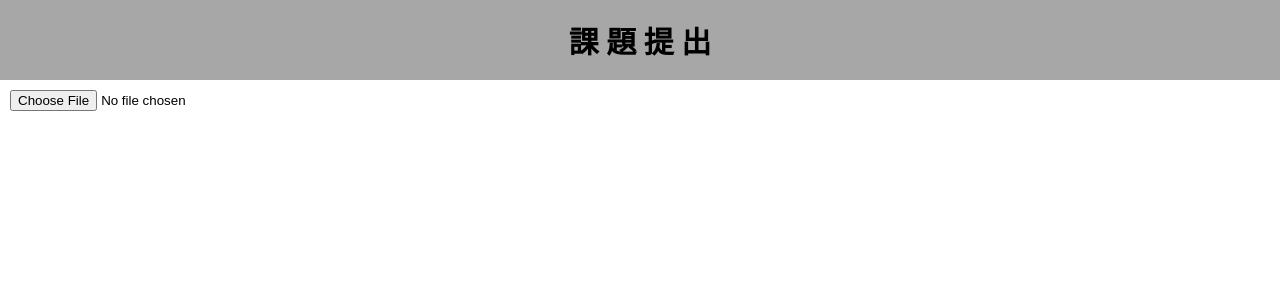
Repository: k-murakami18/canvas_v2
Page: submission.html
These files come from the project's save history. The page is drawn as it stood at one moment and after the next save; the edit follows.
The browser window is 1280 px wide. The pictures show the whole page.

Above is the page before, as saved 2021-01-12 14:00:02.

### submission.html
<!DOCTYPE html>
<html lang="en">

<head>
  <meta charset="UTF-8">
  <title>添削支援システム</title>
  <link rel="stylesheet" href="css/jquery-ui-1.8.16.custom.css" />
  <link rel="stylesheet" href="./style.css">
  <link rel="stylesheet" href="https://cdn.jsdelivr.net/npm/simplebar@latest/dist/simplebar.css">
  <script src="//cdnjs.cloudflare.com/ajax/libs/jspdf/1.3.3/jspdf.min.js"></script>
  <script src="js/jquery.1.6.4.min.js"></script>
  <script src="js/jquery-ui-1.8.16.custom.min.js"></script>
  <script type="text/javascript" src="./dist/fabric.js"></script>
  <script type="text/javascript" src="./dist/fabric.min.js"></script>
</head>

<body>
  <!--タイトルとファイル選択-->
  <div class="subtitle_container">
    <h1 id="title">課 題 提 出</h1>
  </div>

  <input type="file" id="file" accept="image/png, image/jpeg" onChange="imgPreView(event)" required>

  <div id="preview"></div>

  <script src="./submission.js"></script>
</body>

</html>

### style.css
body{
  margin:0;
}

/*タイトルコンテナ*/
.title_container{
  width: 100%;
  height: 150px;
  font-size: 20px;
  display: flex;
  background-color: #A7A7A7;
  justify-content: center; /*左右中央*/
  align-items: center; /*上下中央*/
  margin-bottom: 100px;
  margin-left: 0;
  margin-right: 0;
}

.subtitle_container{
  width: 100%;
  height: 80px;
  font-size: 15px;
  display: flex;
  background-color: #A7A7A7;
  justify-content: center; /*左右中央*/
  align-items: center; /*上下中央*/
  margin-left: 0;
  margin-right: 0;
}

/*ボタンコンテナ*/
.button_container{
  width: 50px;
  height: 602px;
  background-color: #DADADA;
  margin-bottom: 5px;
  margin-right: 5px;
}

/*各ボタンの設定*/
.btn-box,.btn_box{
  display: inline-block;
  widows: 25px;
  height: 25px;
  border: 1px black solid;
  padding: 2px;
  border-radius: 5px;
}
.btn_box_black{
  display: inline-block;
  widows: 25px;
  height: 25px;
  border: 1px white solid;
  padding: 2px;
  border-radius: 5px;
}
.select{
  margin-top: 10px;
  margin-left: 9px;
}
.aaa{
  margin-top: 0px;
  margin-left: 9px;
}
.margin{
  margin-top: 10px;
  margin-left: 9px;
}

/*ボタン枠線削除*/
input:focus {
	outline:0;
}

/*キャンバス*/
canvas {
	position: relative;
	border:1px solid #000;
}

/*保存履歴コンテナ*/
.history_container{
  height: 600px;
  width: 330px;
  background-color: whitesmoke;
  border: 1px solid black;
  margin-left: 10px;
}

/*保存履歴タイトル*/
#title_tmpList{
  margin-top: 2px;
  margin-left: 10px;
  margin-bottom: 2px;
  font-weight: bolder;
  text-align: center;
}
.subtitle_tmpList{
  margin-top: 3px;
  margin-bottom: 3px;
  font-weight: bolder;
  font-size: 13px;
  text-align: center;
}

/*「保存履歴」の下線*/
.hr{
  border-bottom: 1px solid black;
  width: 93%;
  margin-left: auto;
  margin-right: auto;
}
/*「ブックマーク」「添削保存」の下線*/
.hr2{
  border-bottom: 1px solid black;
  width: 83%;
  margin-left: auto;
  margin-right: auto;
}

#bookmark_viewpanel{
  height: 539px;
  width: 100px;
  background-color: whitesmoke;
  margin-top: 5px;
}

#normal_viewpanel{
  height: 539px;
  width: 190px;
  background-color: whitesmoke;
  margin-top: 5px;
}

#bookmark_tmp{
  border-right: 1px solid black;
}

.tmpImage{
  border: 1px solid black;
  margin-left: 10px;
}

#setColor li{
  display: inline-block;
  width: 25px;
  height: 25px;
  border:1px solid #000;
}

.button{
  height: 100px;
  font-size: 20px;
  font-weight: bold;
  margin: auto;
  display: flex;
  justify-content: center;
  align-items: center;
  text-decoration: none;
  background: #f7f7f7;
  border-left: solid 6px #ff7c5c;/*左線*/
  color: #ff7c5c;/*文字色*/
  font-weight: bold;
  box-shadow: 0px 2px 2px rgba(0, 0, 0, 0.29);
}
.button:active {
  box-shadow: inset 0 0 2px rgba(128, 128, 128, 0.1);
  transform: translateY(2px);
}

#anno_btn{
  width: 150px;
  padding-left: 50px;
  padding-right: 50px;
}
#oth_teacher_btn{
  width: 200px;
  padding-left: 20px;
  padding-right: 20px;
}
#submit_btn{
  width: 200px;
  padding-left: 30px;
  padding-right: 30px;
}
body .btn_name{
  display: flex;
  justify-content: center;
}

#preview img {
  width: 400px;
  margin: 20px;
  border: solid 0.5px gray ;
}

#file{
  margin-top: 10px;
  margin-left: 10px;
}

### submission.js
function imgPreView(event) {
  var file = event.target.files[0];
  var reader = new FileReader();
  var preview = document.getElementById("preview");
  var previewImage = document.getElementById("previewImage");

  if (previewImage != null) {
    preview.removeChild(previewImage);
  }
  reader.onload = function (event) {
    var img = document.createElement("img");
    img.setAttribute("src", reader.result);
    img.setAttribute("id", "previewImage");
    preview.appendChild(img);
  };

  reader.readAsDataURL(file);
}

Loaded but not shown: css/jquery-ui-1.8.16.custom.css (library); js/jquery.1.6.4.min.js (library); js/jquery-ui-1.8.16.custom.min.js (library); dist/fabric.js (library); dist/fabric.min.js (library)

After the next save:
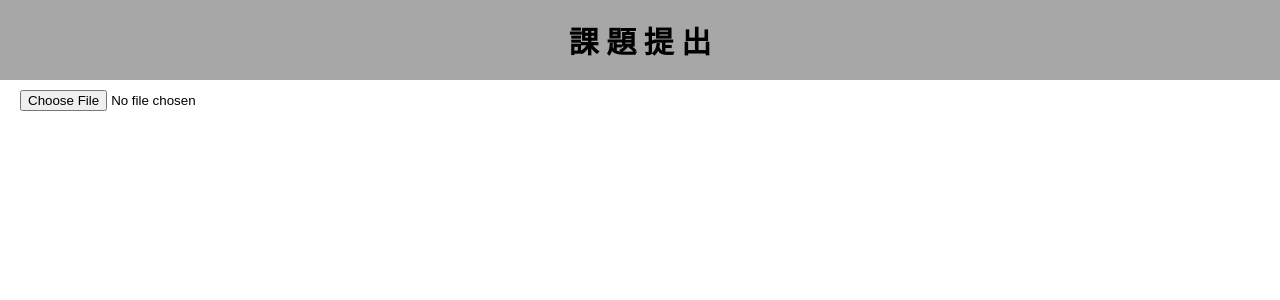
Saved 3 min 8 s later.
--- a/style.css
+++ b/style.css
@@ -196,5 +196,5 @@ body .btn_name{
 
 #file{
   margin-top: 10px;
-  margin-left: 10px;
-}
+  margin-left: 20px;
+}
